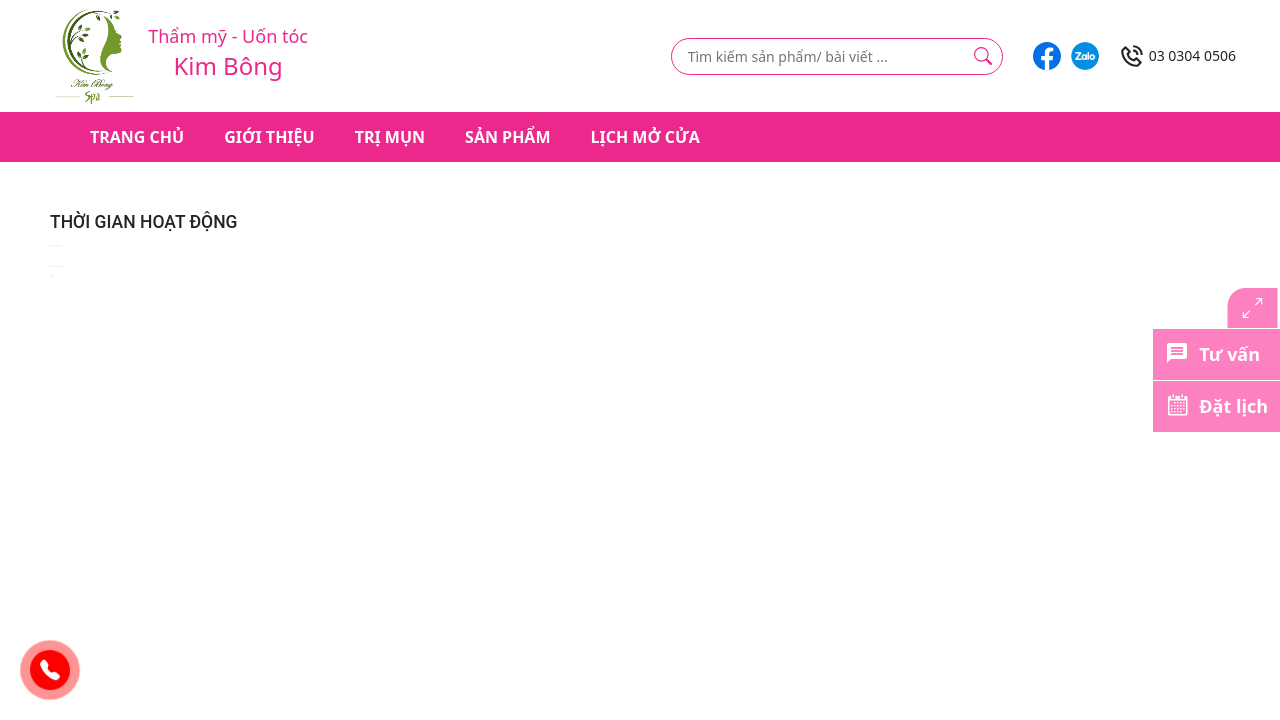
Repository: tranduykhuong/SpaKimBong
Page: /calendar
The author's editor kept a copy of each file at every save. The page is drawn from the files as they stood at one save, then again after the next save.
The browser window is 1280 px wide. The pictures show the whole page.
The project was rebuilt for these pictures with package versions that can differ from the ones it lists, and the page was loaded fresh each time. Also part of the build but not shown: src/components/Banner/banner.scss, src/components/Banner/Banner.js, src/pages/Home/home.scss, src/pages/Home/ListImage/listImage.scss, src/pages/Home/ListImage/ListImage.js, src/components/Footer/footer.scss, src/components/Footer/Footer.js, src/pages/Home/BookOnline/bookOnl.scss and 26 more.

Above is the page before, as saved 2022-06-06 22:51:12.

After the next save:
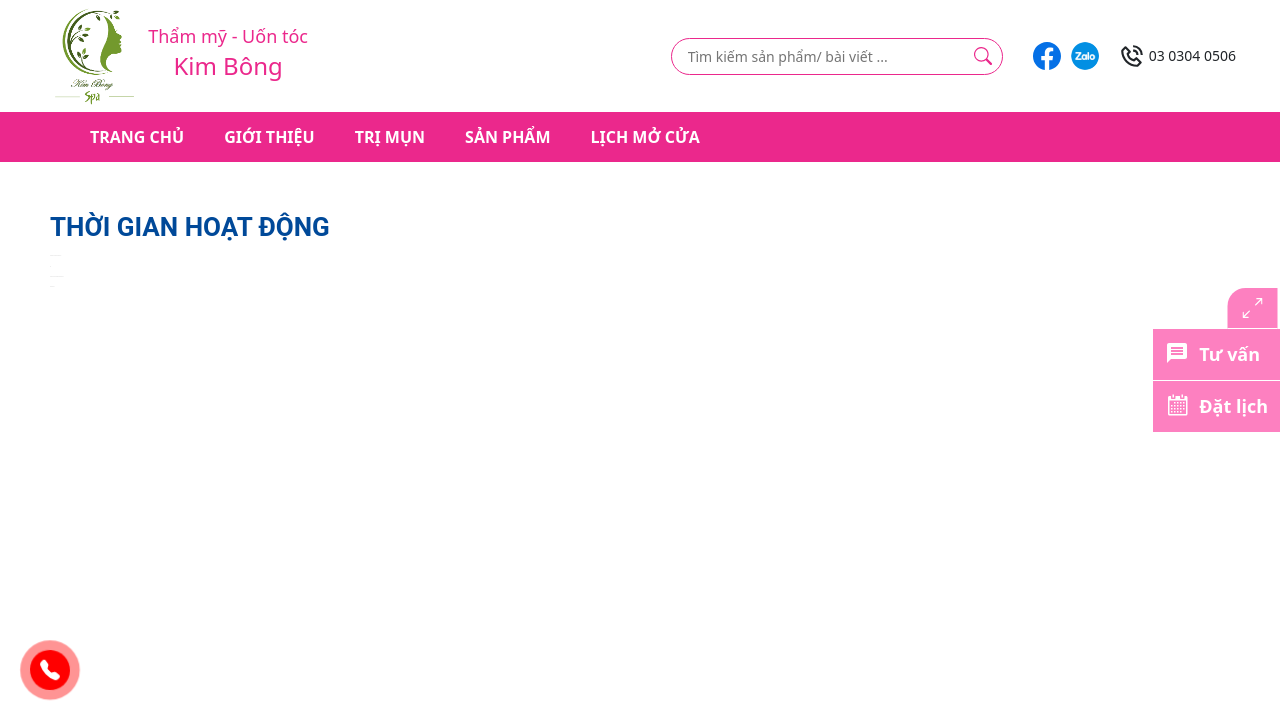
Saved 22 s later.
--- a/src/pages/Calendar/calendar.scss
+++ b/src/pages/Calendar/calendar.scss
@@ -1,26 +1,26 @@
-.container-calendar{
+.container-calendar {
+  .container-bg-calendar {
+    .calendar {
+      display: flex;
+      width: 100%;
+      text-align: left;
+      padding: 5rem;
+      font-family: "Roboto", sans-serif;
 
-    .container-bg-calendar{
+      .calendar-content {
+        width: 30%;
 
-        .calendar{
-            display: flex;
-            width: 100%;
-            text-align: left;
-            padding: 5rem;
-            font-family: "Roboto", sans-serif;
+        h3 {
+          margin: 0 0 13px;
+          color: #004999;
+          font-size: 26px;
+          font-weight: bold;
+        }
+      }
 
-            .calendar-content{
-                width: 30%;
-
-                h3{
-                    margin: 0 0 13px;
-                }
-
-            }
-
-            .calendar-boxs{
-                width: 70%;
-            }
-        }
+      .calendar-boxs {
+        width: 70%;
+      }
     }
+  }
 }
